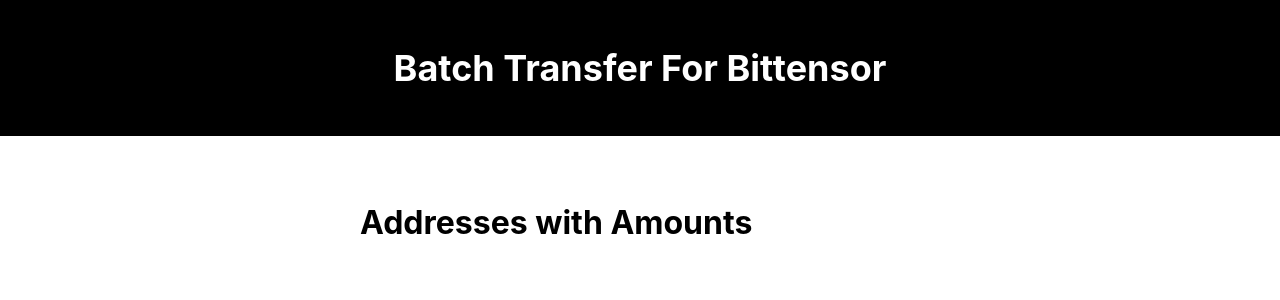
Repository: Dawid-Ace/batch_transfer_tao_master_ui
Page: /
These files come from the project's save history. The page is drawn as it stood at one moment and after the next save; the edit follows.
The browser window is 1280 px wide. The pictures show the whole page.
The project was rebuilt for these pictures with package versions that can differ from the ones it lists, and the page was loaded fresh each time.

Above is the page before, as saved 2023-05-10 03:21:03.

After the next save:
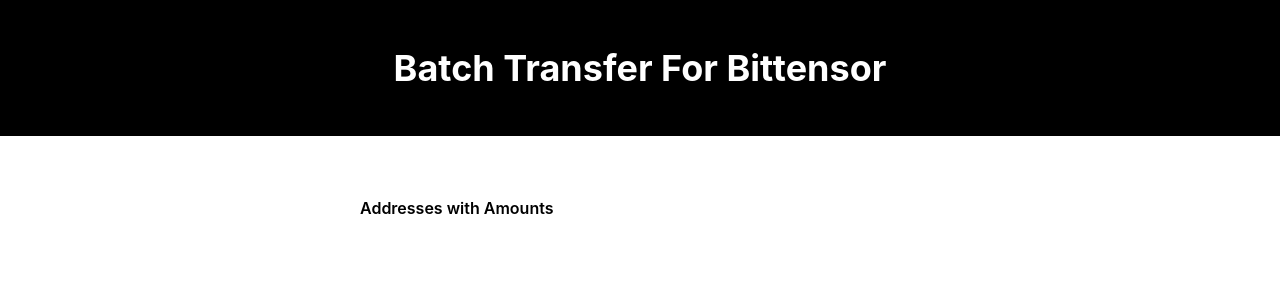
Saved 26 s later.
--- a/src/components/TransferForm/index.jsx
+++ b/src/components/TransferForm/index.jsx
@@ -58,10 +58,10 @@
   };
   */
 
-  const FormLabel = styled.h1`
-    color: black,
-    font-weight: 600,
-    font-size: 16px,
+  const FormLabel = styled.p`
+    color: black;
+    font-weight: 600;
+    font-size: 16px;
     line-height: 160%,
   `;
 
